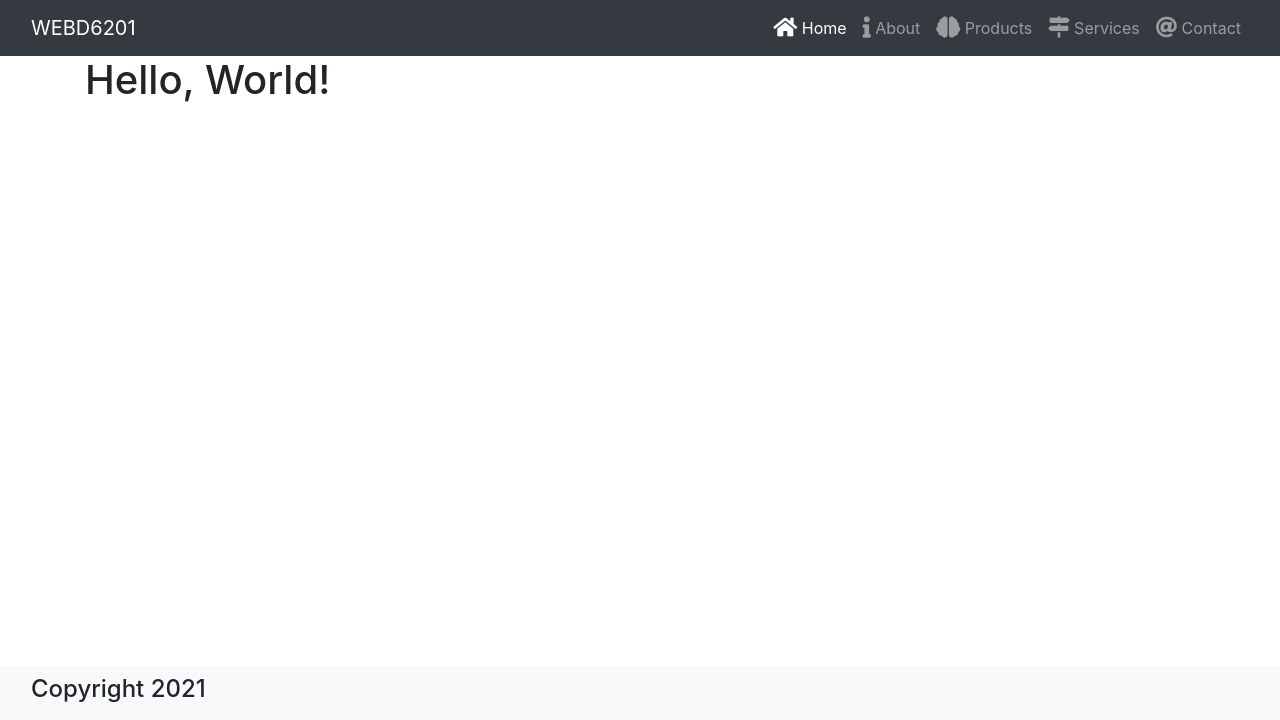
Repository: aphim/WEB6201-wk1
Page: index.html
An editor plug-in stored every save of this project. The page is shown before and after the next save, followed by the edit.
The browser window is 1280 px wide. The pictures show the whole page.

Above is the page before, as saved 2021-01-14 09:35:32.

After the next save:
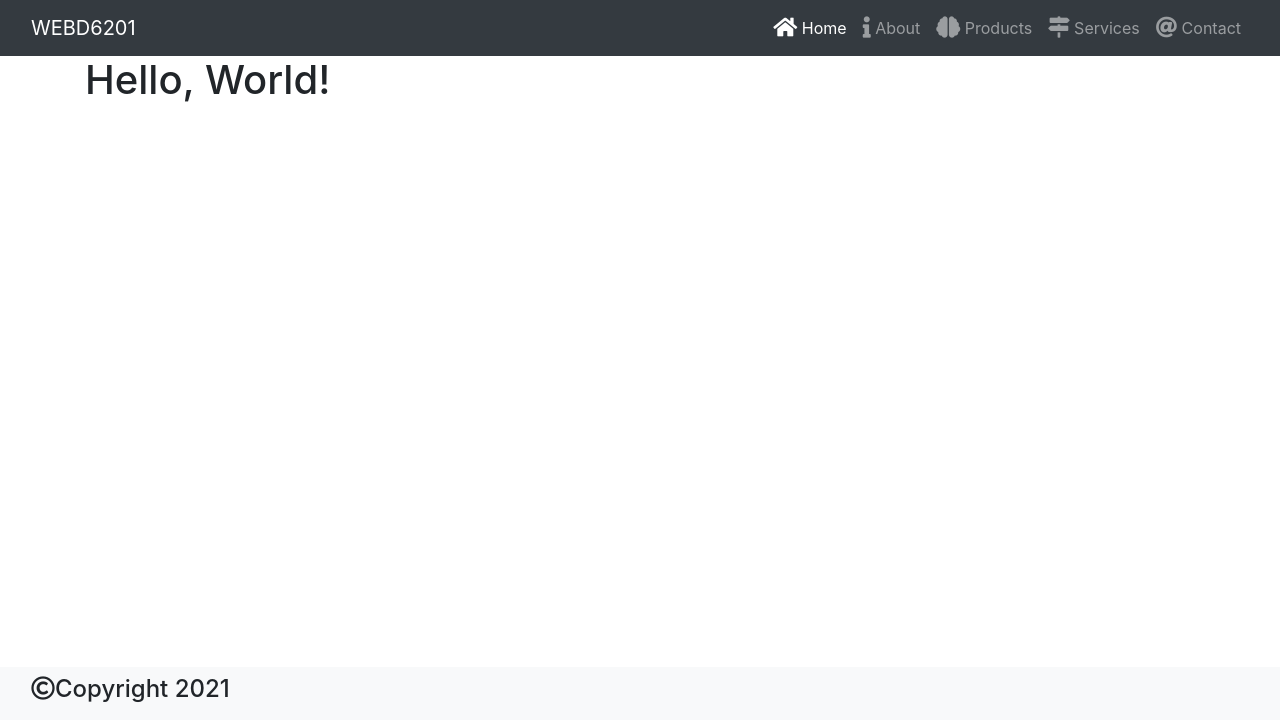
Saved 10 s later.
--- a/index.html
+++ b/index.html
@@ -60,7 +60,7 @@
 <footer>
 <nav class="navbar fixed-bottom navbar-light bg-light">
     <div class="container-fluid">
-        <h4><i class="far fa=copyright"></i>Copyright 2021</h4>
+        <h4><i class="far fa-copyright"></i>Copyright 2021</h4>
     </div>
 </nav>
 
